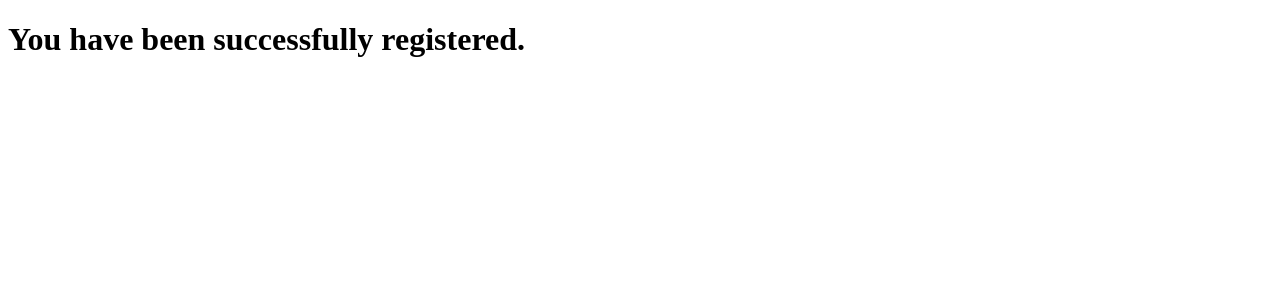
Repository: KGDarshan/BankApplication
Page: CaravanBanking/WebContent/SuccessReg.html
An editor plug-in stored every save of this project. The page is shown before and after the next save, followed by the edit.
The browser window is 1280 px wide. The pictures show the whole page.

Above is the page before, as saved 2020-10-09 04:24:48.

### CaravanBanking/WebContent/SuccessReg.html
<!DOCTYPE html>
<html>
<head>
<meta charset="ISO-8859-1">
<title>Insert title here</title>
</head>
<body>
	<h1>You have been successfully registered.</h1>
</body>
</html>

After the next save:
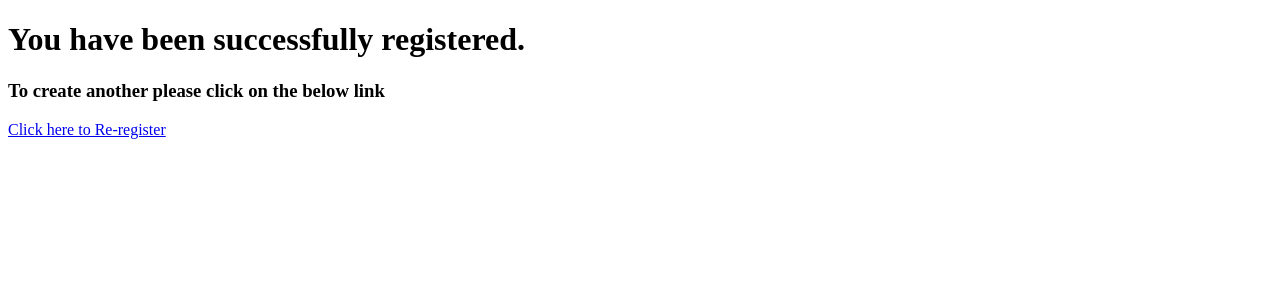
Saved 43 s later.
--- a/CaravanBanking/WebContent/SuccessReg.html
+++ b/CaravanBanking/WebContent/SuccessReg.html
@@ -6,5 +6,7 @@
 </head>
 <body>
 	<h1>You have been successfully registered.</h1>
+	<h3>To create another please click on the below link</h3>
+	<a href="Register.html">Click here to Re-register</a>
 </body>
 </html>
